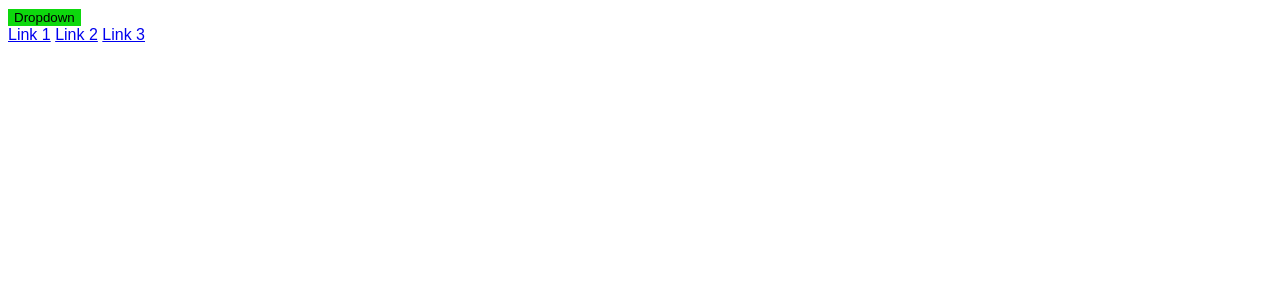
Repository: nvngon2604/Git
Page: web/index.html
The author's editor kept a copy of each file at every save. The page is drawn from the files as they stood at one save, then again after the next save.
The browser window is 1280 px wide. The pictures show the whole page.

Above is the page before, as saved 2020-05-10 18:47:13.

### web/index.html
<!DOCTYPE html>
<html lang="en">
<head>
    <meta charset="UTF-8">
    <meta name="viewport" content="width=device-width, initial-scale=1.0">
    <title>Document</title>
    <link rel="stylesheet" href="index.css">
</head>
<body>
    <div class="container">
        <nav>
            <div class="dropdown">
                <button type="button" class="dropbtn">Dropdown</button>
            </div>
            <div class="dropdown-content">
                <a href="#">Link 1</a>
                <a href="#">Link 2</a>
                <a href="#">Link 3</a>
            </div>
        </nav>
    </div>
</body>
</html>

### web/index.css
* {
    font-family: sans-serif;
}
/*-------------- nav-------------------*/
.dropbtn {
    background-color: rgb(13, 216, 13);
    border:none;
    padding: 12px 16ppx;
}

After the next save:
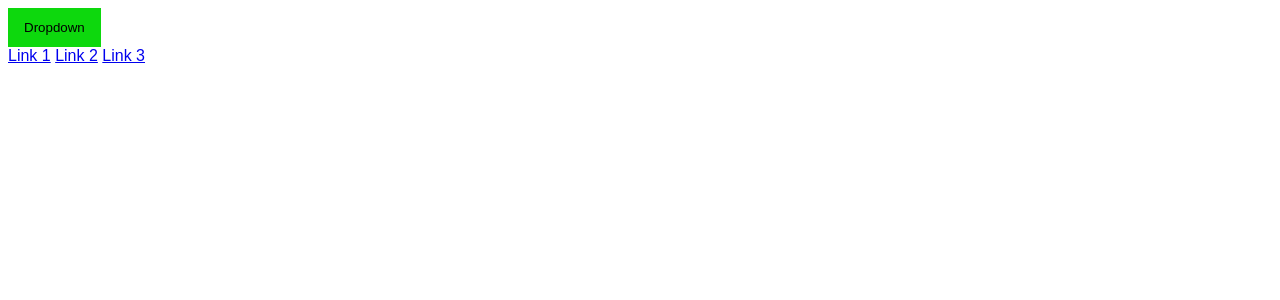
Saved 9 s later.
--- a/web/index.css
+++ b/web/index.css
@@ -5,5 +5,5 @@
 .dropbtn {
     background-color: rgb(13, 216, 13);
     border:none;
-    padding: 12px 16ppx;
+    padding: 12px 16px;
 }
